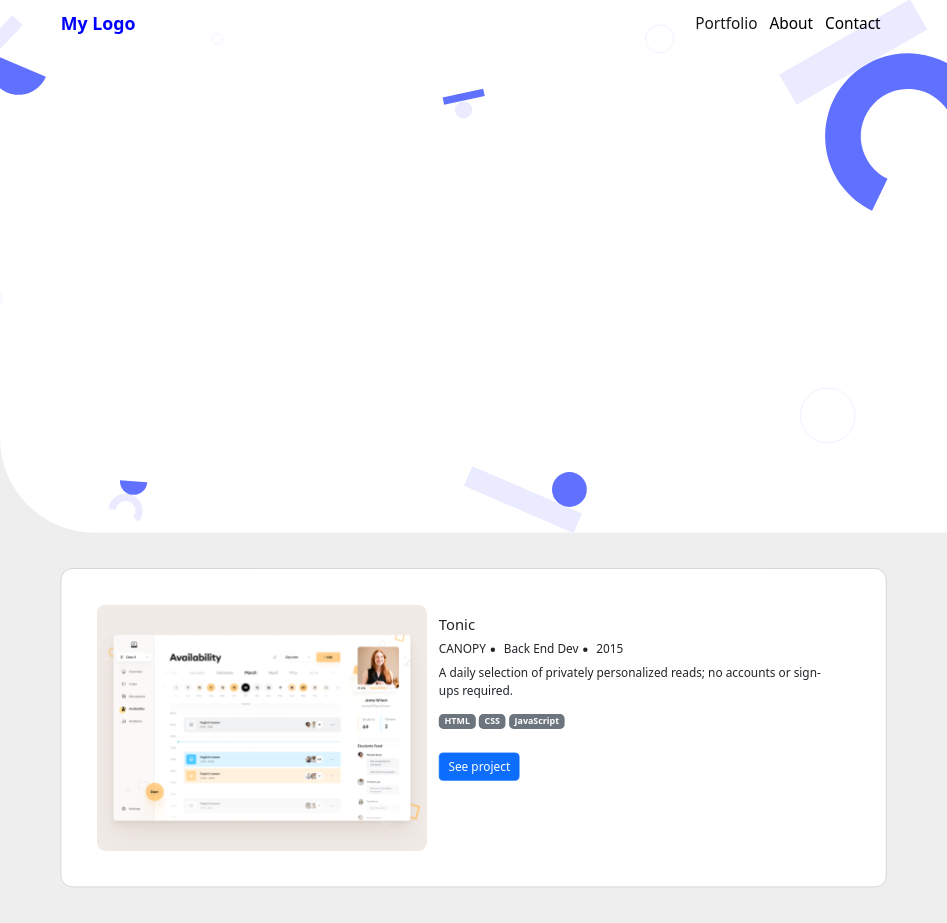
Repository: waelelsafty07/Bootstrap-Portfolio
Page: index.html
An editor plug-in stored every save of this project. The page is shown before and after the next save, followed by the edit.
The browser window is 1280 px wide. The pictures show the whole page, at 74% of full size.

Above is the page before, as saved 2023-04-04 17:11:41.

### index.html
<!DOCTYPE html>
<html lang="en">
<head>
    <meta charset="UTF-8">
    <meta http-equiv="X-UA-Compatible" content="IE=edge">
    <meta name="viewport" content="width=device-width, initial-scale=1.0">
    <title>Portfolio</title>
    <link rel="stylesheet" href="css/bootstrap.min.css"/>
    <link rel="stylesheet" href="styles.css"/>
</head>
<body>
    <header>
        <nav class="navbar navbar-expand-lg navbar-light">
            <div class="container">
              <a class="navbar-brand" href="#">My Logo</a>
              <button class="navbar-toggler" type="button" data-bs-toggle="collapse" data-bs-target="#navbarNav" aria-controls="navbarNav" aria-expanded="false" aria-label="Toggle navigation">
                <span class="navbar-toggler-icon"></span>
              </button>
              <div class="collapse navbar-collapse flex-row-reverse" id="navbarNav">
                <ul class="navbar-nav">
                  <li class="nav-item">
                    <a class="nav-link active" aria-current="page" href="#works">Portfolio</a>
                  </li>
                  <li class="nav-item">
                    <a class="nav-link" href="#">About</a>
                  </li>
                  <li class="nav-item">
                    <a class="nav-link" href="#">Contact</a>
                  </li>
                </ul>
              </div>
            </div>
          </nav>
    </header>
    <main>
      <section id="works" class="works m-5">
        <div class="container">
          <div class="card flex-row p-5 rounded-4">
            <img src="images/Snapshoot Portfolio (1).svg" class="card-img-top w-50" alt="...">
            <div class="card-body">
              <h5 class="card-title mb-2">Tonic</h5>
              <ul class="d-flex p-0 my-2">
                <li class="list-unstyled">CANOPY</li>
                <li class="ms-4">Back End Dev</li>
                <li class="ms-4">2015</li>
              </ul>
              <p class="card-text my-2">A daily selection of privately personalized reads; no accounts or sign-ups required.</p>
              <ul class="list-unstyled my-3">
                <li class="badge bg-secondary">HTML</li>
                <li class="badge bg-secondary">CSS</li>
                <li class="badge bg-secondary">JavaScript</li>
              </ul>
              <a href="#" class="btn btn-primary mt-3">See project</a>
            </div>
          </div>
        </div>
      </section>
    </main>

    <script src="js/bootstrap.bundle.min.js"></script>
</body>
</html>

### styles.css
body {
  background-color: #eee;
}
header {
  background-color: #fff;
  background-image: url("images/Header\ bg.svg");
  background-repeat: no-repeat;
  background-position: center;
  height: 100vh;
  border-bottom-left-radius: 8rem;
}
nav .navbar-brand {
  font-weight: bold;
  font-size: 1.5rem;
  color: blue;
}
nav .nav-link {
  font-weight: 500;
  font-size: 1.3rem;
  color: #000;
}

Loaded but not shown: css/bootstrap.min.css (library); js/bootstrap.bundle.min.js (library)

After the next save:
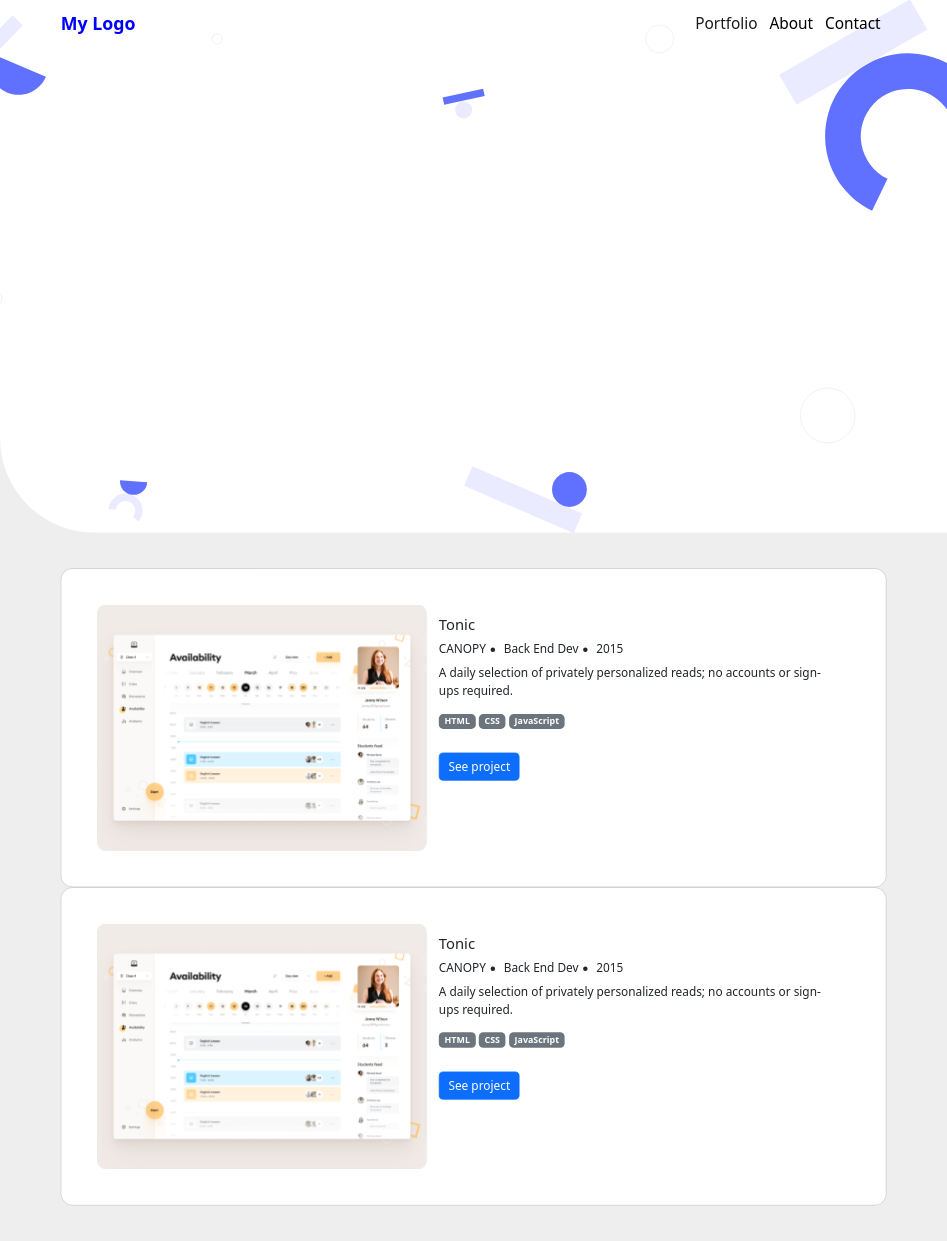
Saved 99 s later.
--- a/index.html
+++ b/index.html
@@ -54,6 +54,26 @@
             </div>
           </div>
         </div>
+        <div class="container">
+          <div class="card flex-row p-5 rounded-4">
+            <img src="images/Snapshoot Portfolio (1).svg" class="card-img-top w-50" alt="...">
+            <div class="card-body">
+              <h5 class="card-title mb-2">Tonic</h5>
+              <ul class="d-flex p-0 my-2">
+                <li class="list-unstyled">CANOPY</li>
+                <li class="ms-4">Back End Dev</li>
+                <li class="ms-4">2015</li>
+              </ul>
+              <p class="card-text my-2">A daily selection of privately personalized reads; no accounts or sign-ups required.</p>
+              <ul class="list-unstyled my-3">
+                <li class="badge bg-secondary">HTML</li>
+                <li class="badge bg-secondary">CSS</li>
+                <li class="badge bg-secondary">JavaScript</li>
+              </ul>
+              <a href="#" class="btn btn-primary mt-3">See project</a>
+            </div>
+          </div>
+        </div>
       </section>
     </main>
 

After the save that followed:
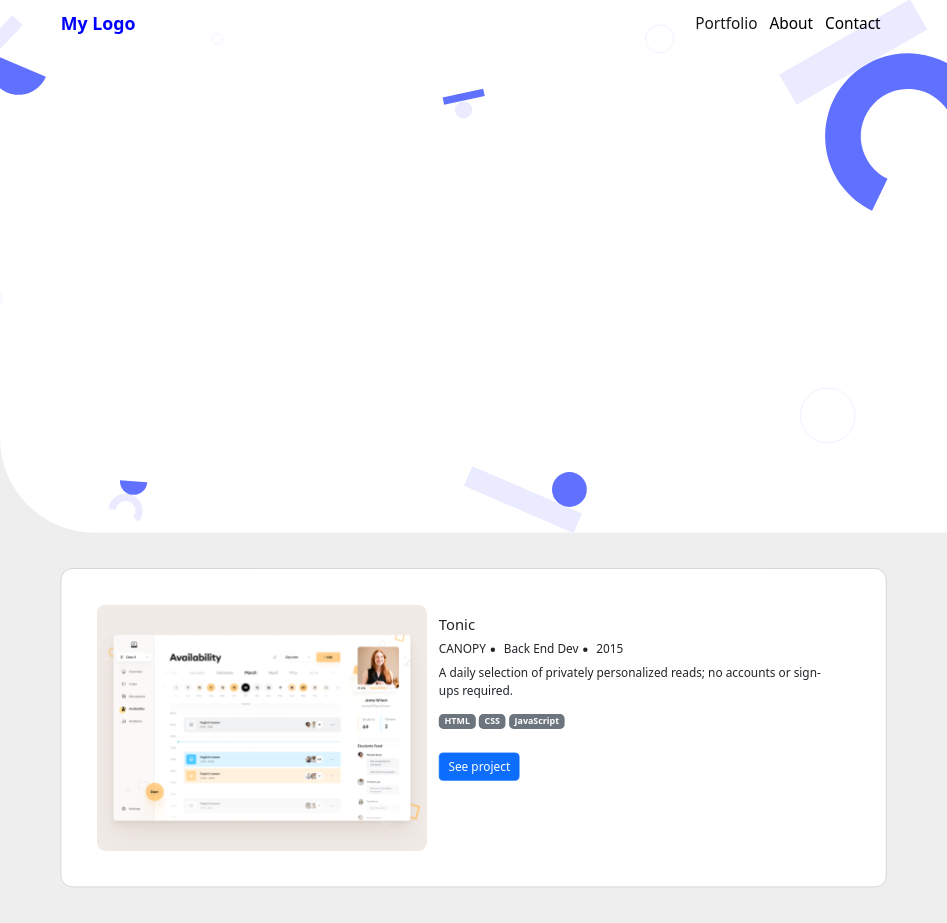
Saved 25 s later.
--- a/index.html
+++ b/index.html
@@ -54,26 +54,7 @@
             </div>
           </div>
         </div>
-        <div class="container">
-          <div class="card flex-row p-5 rounded-4">
-            <img src="images/Snapshoot Portfolio (1).svg" class="card-img-top w-50" alt="...">
-            <div class="card-body">
-              <h5 class="card-title mb-2">Tonic</h5>
-              <ul class="d-flex p-0 my-2">
-                <li class="list-unstyled">CANOPY</li>
-                <li class="ms-4">Back End Dev</li>
-                <li class="ms-4">2015</li>
-              </ul>
-              <p class="card-text my-2">A daily selection of privately personalized reads; no accounts or sign-ups required.</p>
-              <ul class="list-unstyled my-3">
-                <li class="badge bg-secondary">HTML</li>
-                <li class="badge bg-secondary">CSS</li>
-                <li class="badge bg-secondary">JavaScript</li>
-              </ul>
-              <a href="#" class="btn btn-primary mt-3">See project</a>
-            </div>
-          </div>
-        </div>
+
       </section>
     </main>
 
